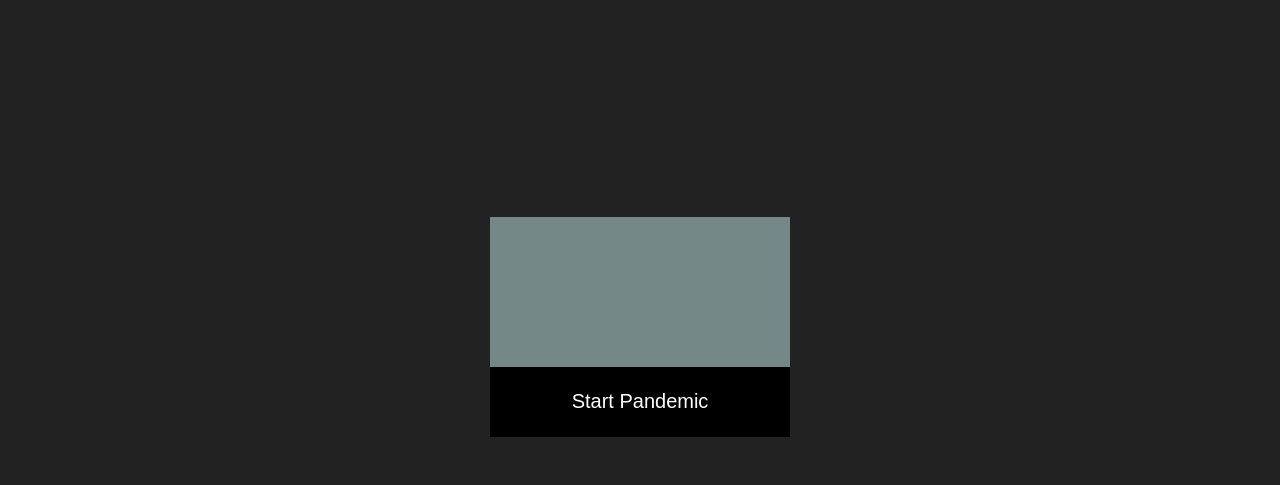
Repository: mindfoo/project-game
Page: index.html
An editor plug-in stored every save of this project. The page is shown before and after the next save, followed by the edit.
The browser window is 1280 px wide. The pictures show the whole page.

Above is the page before, as saved 2020-03-28 10:08:06.

After the next save:
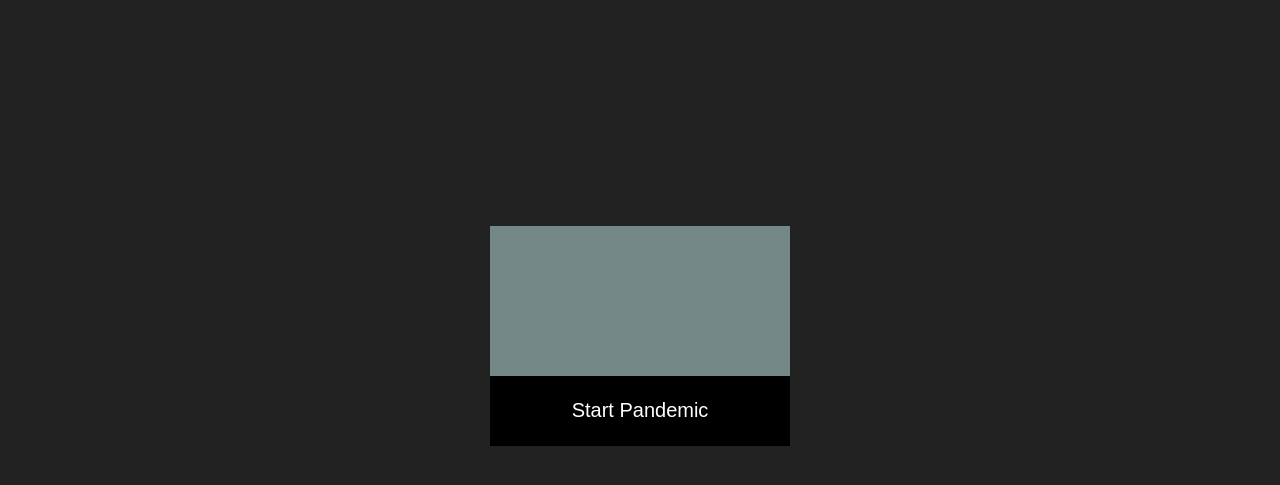
Saved 106 s later.
--- a/index.html
+++ b/index.html
@@ -11,6 +11,7 @@
   <body>
 
     <div id="game-board">
+      <span style="font-family: 'Lobster', cursive;">&nbsp;</span>
       <canvas id="canvas" ></canvas>
 
       <button class="start" id="start-button">Start Pandemic</button>
